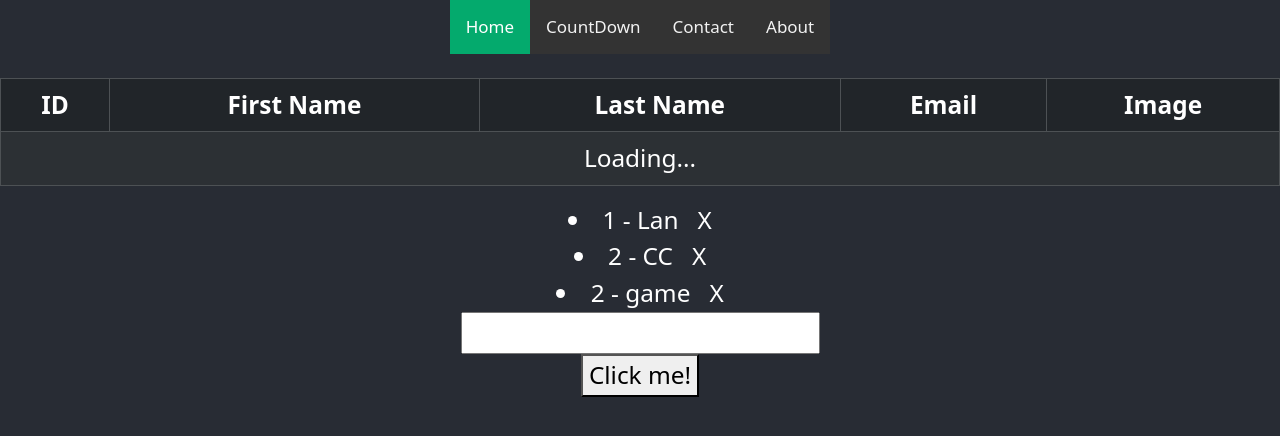
Repository: ThucSkin/React-hook-basic
Page: /
These files come from the project's save history. The page is drawn as it stood at one moment and after the next save; the edit follows.
The browser window is 1280 px wide. The pictures show the whole page.
The page's requests for data from a server got no answer. The project was rebuilt for these pictures with package versions that can differ from the ones it lists, and the page was loaded fresh each time. No one was signed in, and anything a server would have sent is missing. Also part of the build but not shown: src/views/TableApi/TableUser.scss, src/views/CountDown/countdown.js.

Above is the page before, as saved 2023-06-11 16:29:18.

After the next save:
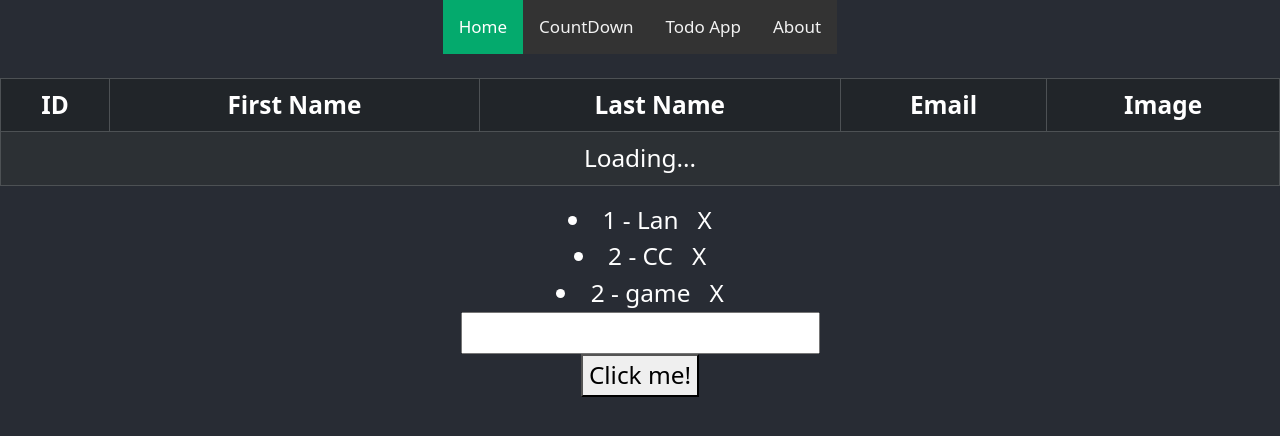
Saved 21 s later.
--- a/src/views/Nav.js
+++ b/src/views/Nav.js
@@ -7,7 +7,7 @@ const Nav = () => {
             <div className="topnav">
                 <a className="active" href="/">Home</a>
                 <a href="/countdown">CountDown</a>
-                <a href="#contact">Contact</a>
+                <a href="/todo">Todo App</a>
                 <a href="#about">About</a>
             </div>
         </>
